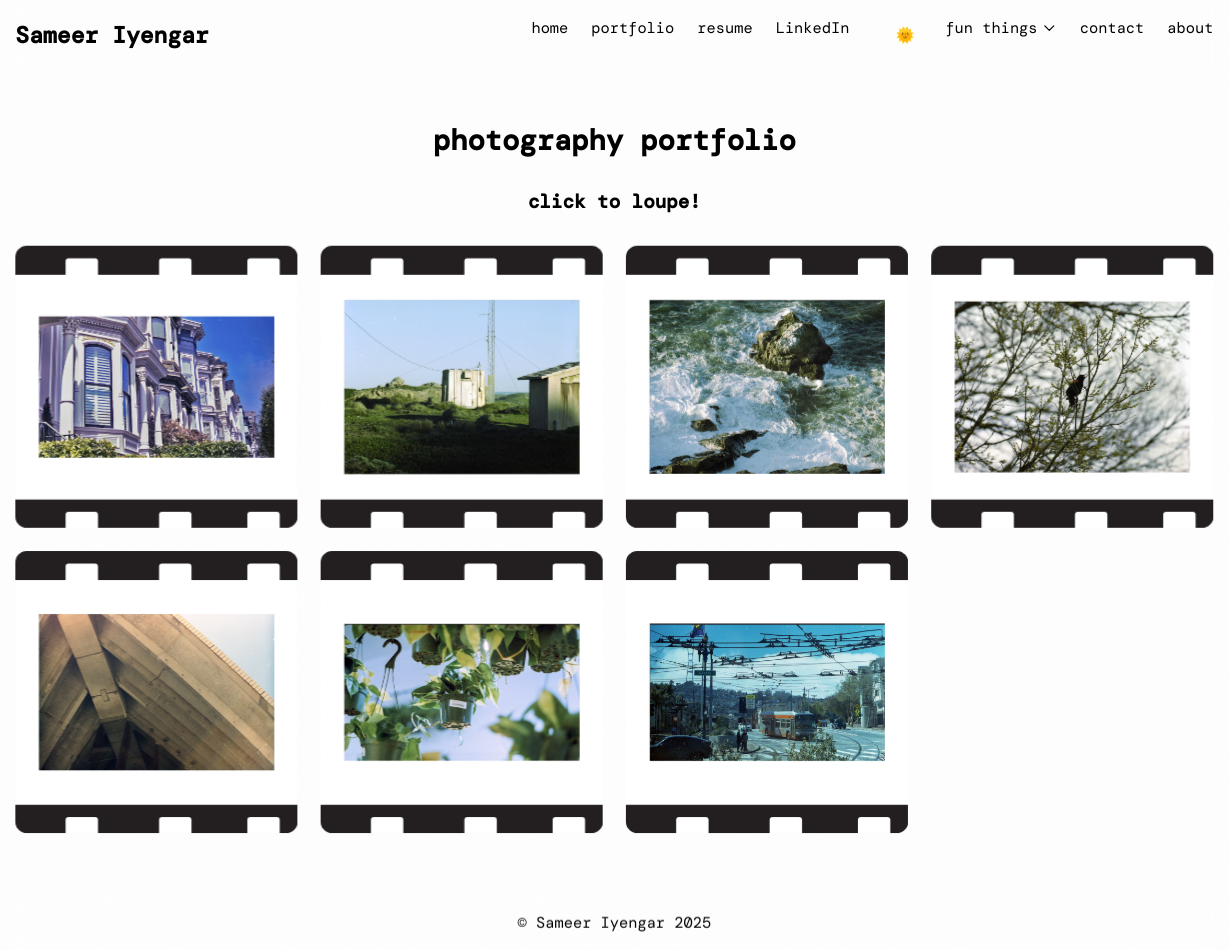
Repository: siyengar04/siyengar04.github.io
Page: portfolio.html
An editor plug-in stored every save of this project. The page is shown before and after the next save, followed by the edit.
The browser window is 1280 px wide. The pictures show the whole page, at 96% of full size.
Some web fonts or font styles are not loaded; a fallback is used.

Above is the page before, as saved 2025-10-11 16:23:56.

After the next save:
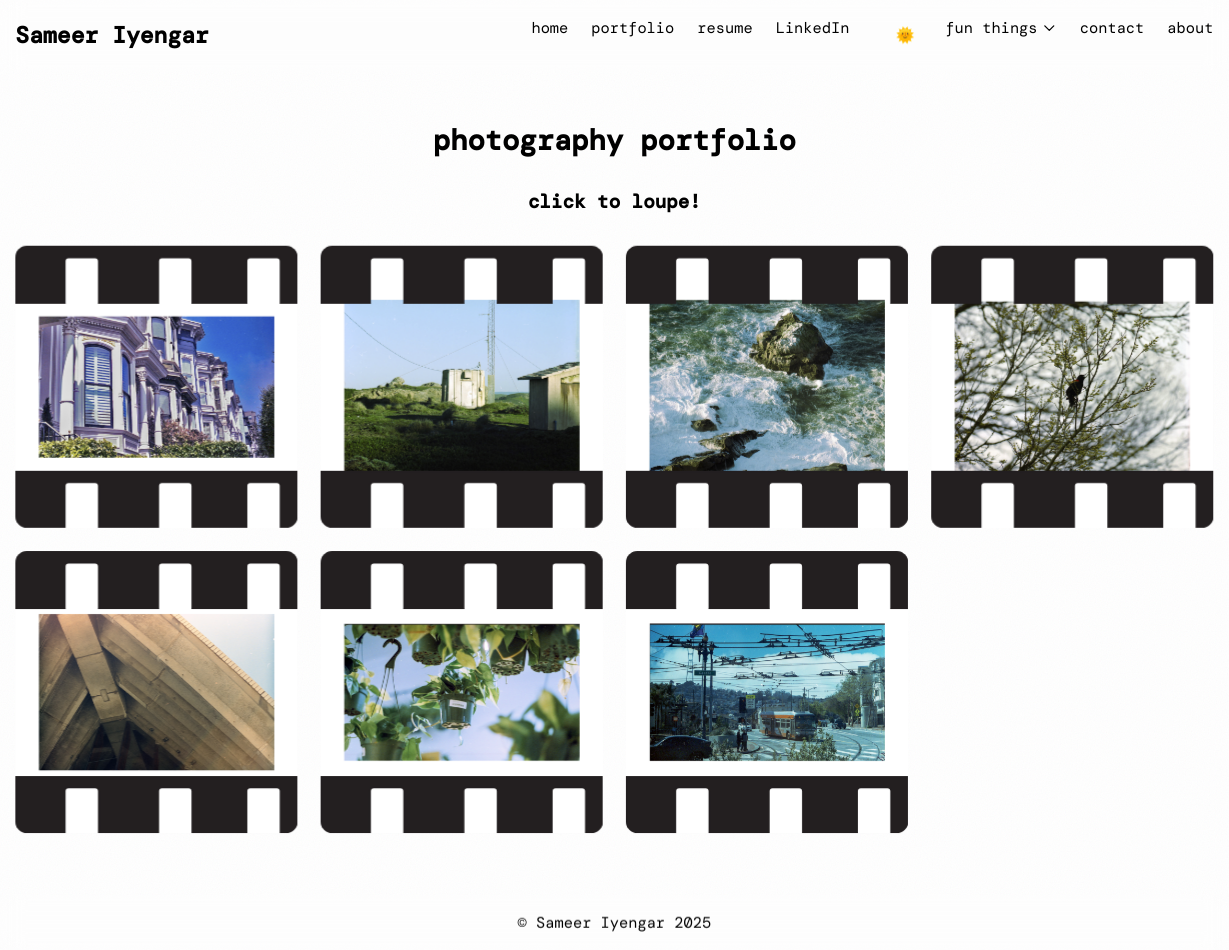
Saved 60 s later.
--- a/portfolio.html
+++ b/portfolio.html
@@ -52,7 +52,7 @@
             position: absolute;
             left: 0;
             width: 100%;
-            height: 30px;
+            height: 60px;
             /* Adjust based on your SVG border height */
             background-image: url('Asset 4.svg');
             background-size: cover;
